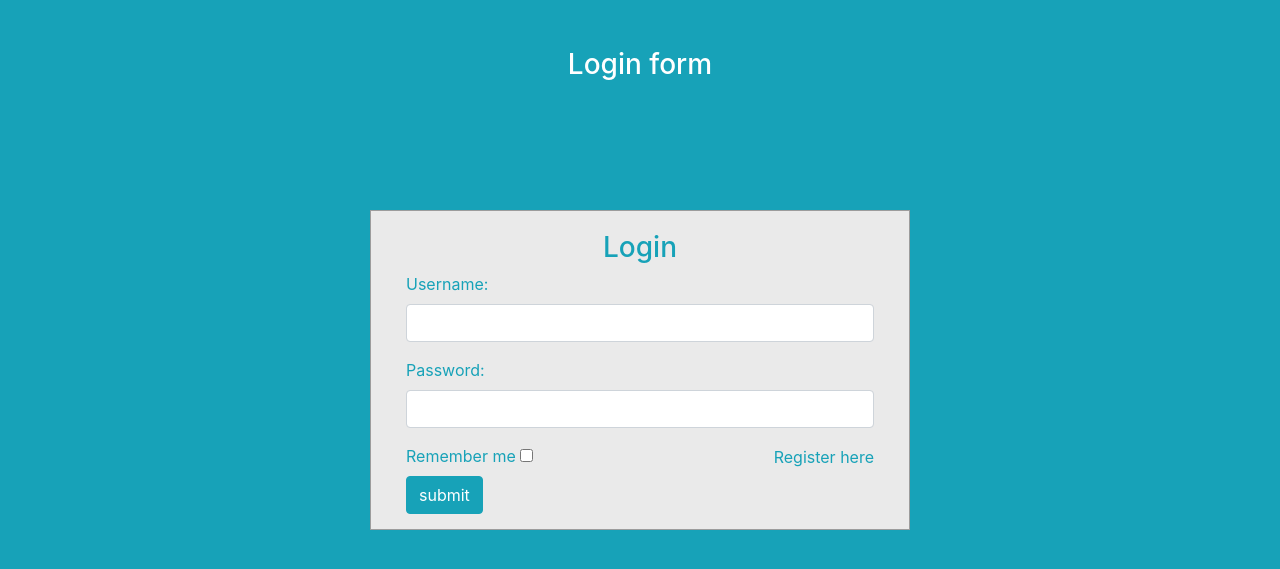
Repository: tung1233hhhhhhhhhhhhh/shoppingcart
Page: http://localhost/admin/view/login.php
An editor plug-in stored every save of this project. The page is shown before and after the next save, followed by the edit.
The browser window is 1280 px wide. The pictures show the whole page.
Some web libraries are served in a nearby version. The page is run by PHP 8.4 with error messages shown; the project is at /var/www/html/.

Above is the page before, as saved 2023-07-29 14:52:55.
Console error: TypeError: Cannot read properties of undefined (reading 'fn')

After the next save:
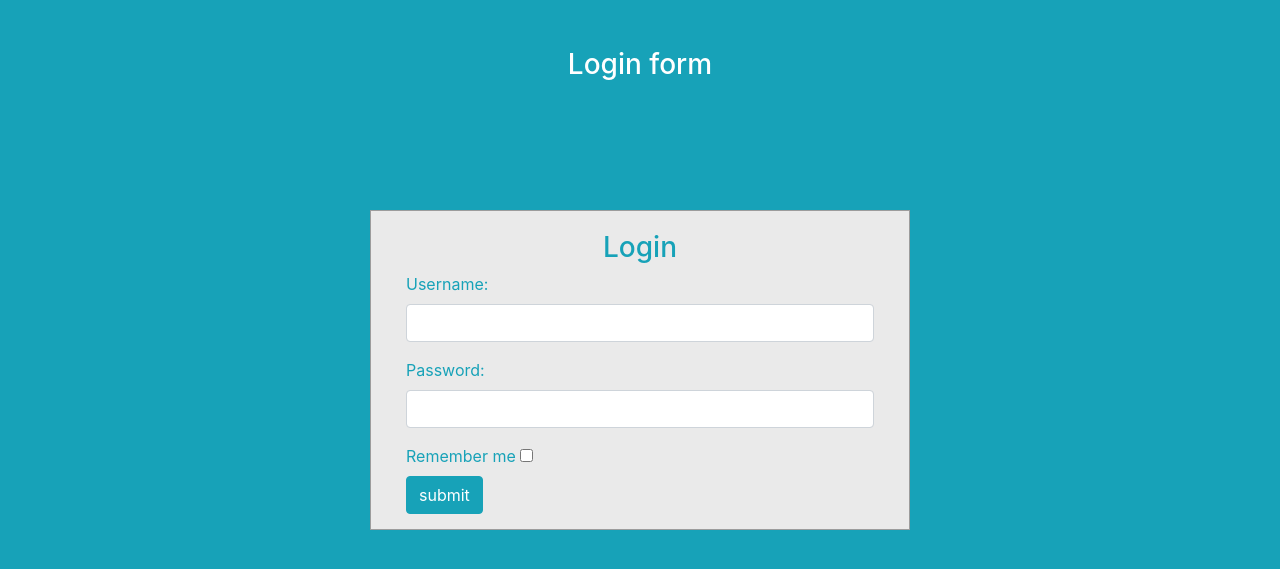
Saved 28 s later.
--- a/admin/view/login.php
+++ b/admin/view/login.php
@@ -50,9 +50,7 @@
                                 <label for="remember-me" class="text-info"><span>Remember me</span> <span><input id="remember-me" name="remember-me" type="checkbox"></span></label><br>
                                 <input type="submit" name="submit" class="btn btn-info btn-md" value="submit">
                             </div>
-                            <div id="register-link" class="text-right">
-                                <a href="#" class="text-info">Register here</a>
-                            </div>
+
                         </form>
                     </div>
                 </div>
